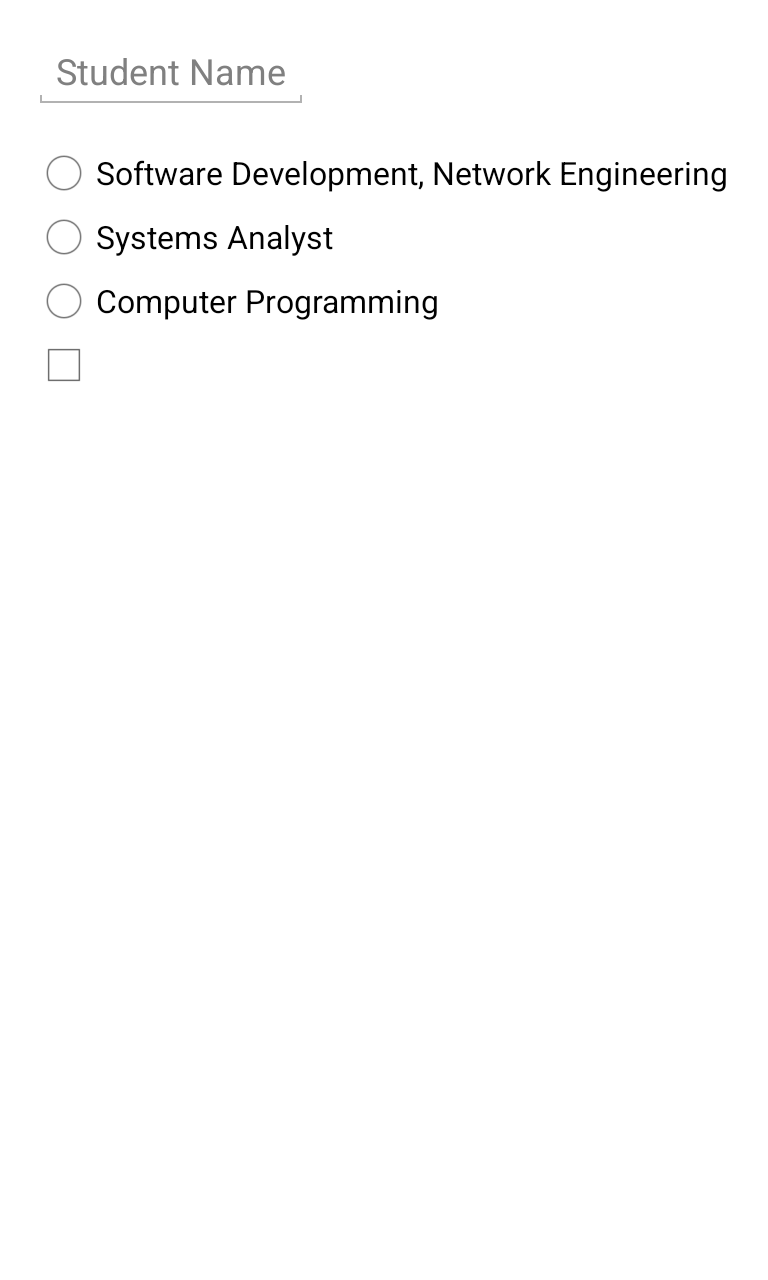
Repository: ericMedeiros93/Android-Dev
Layout: StudentInfo/res/layout/activity_main.xml
An editor plug-in stored every save of this project. The layout is shown before and after a run of saves, followed by the edit.
It is drawn on a 768 x 1280 px phone screen (xhdpi) without system bars, with theme AppTheme; the app's code is not run.

Above is the layout before, as saved 2014-10-08 15:50:19.

### StudentInfo/res/layout/activity_main.xml
<LinearLayout xmlns:android="http://schemas.android.com/apk/res/android"
    xmlns:tools="http://schemas.android.com/tools"
    android:layout_width="match_parent"
    android:layout_height="match_parent"
    android:orientation="vertical"
    android:paddingBottom="@dimen/activity_vertical_margin"
    android:paddingLeft="@dimen/activity_horizontal_margin"
    android:paddingRight="@dimen/activity_horizontal_margin"
    android:paddingTop="@dimen/activity_vertical_margin"
    tools:context="com.ericmedeiros.studentinfo.MainActivity" >

    <EditText
        android:id="@+id/edtName"
        android:layout_width="wrap_content"
        android:layout_height="wrap_content"
        android:hint="@string/name_hint" />

    <RadioGroup
        android:id="@+id/grpProgram"
        android:layout_width="wrap_content"
        android:layout_height="wrap_content"
        android:layout_marginTop="15dp" >

        <RadioButton
            android:id="@+id/radSDNE"
            android:layout_width="match_parent"
            android:layout_height="wrap_content"
            android:text="@string/sdne_name" >
        </RadioButton>

        <RadioButton
            android:id="@+id/radSA"
            android:layout_width="match_parent"
            android:layout_height="wrap_content"
            android:text="@string/sa_name" >
        </RadioButton>

        <RadioButton
            android:id="@+id/radCP"
            android:layout_width="match_parent"
            android:layout_height="wrap_content"
            android:text="@string/cp_name" >
        </RadioButton>
    </RadioGroup>

    <CheckBox
        android:id="@+id/chkNeedResidence"
        android:layout_width="match_parent"
        android:layout_height="wrap_content"/>

</LinearLayout>

### StudentInfo/res/values/strings.xml
<?xml version="1.0" encoding="utf-8"?>
<resources>

    <string name="app_name">StudentInfo</string>
    <string name="hello_world">Hello world!</string>
    <string name="action_settings">Settings</string>
    <string name="name_hint">Student Name</string>
    <string name="sdne_name">Software Development, Network Engineering</string>
    <string name="sa_name">Systems Analyst</string>
    <string name="cp_name">Computer Programming</string>
    <string name="need_residence">Need Residence</string>


</resources>

Loaded but not shown: StudentInfo/res/values/styles.xml (common file); StudentInfo/res/values-v11/styles.xml (common file); StudentInfo/res/values-v14/styles.xml (common file); StudentInfo/res/values/dimens.xml (common file); StudentInfo/res/values-w820dp/dimens.xml (common file)

After the next 3 saves:
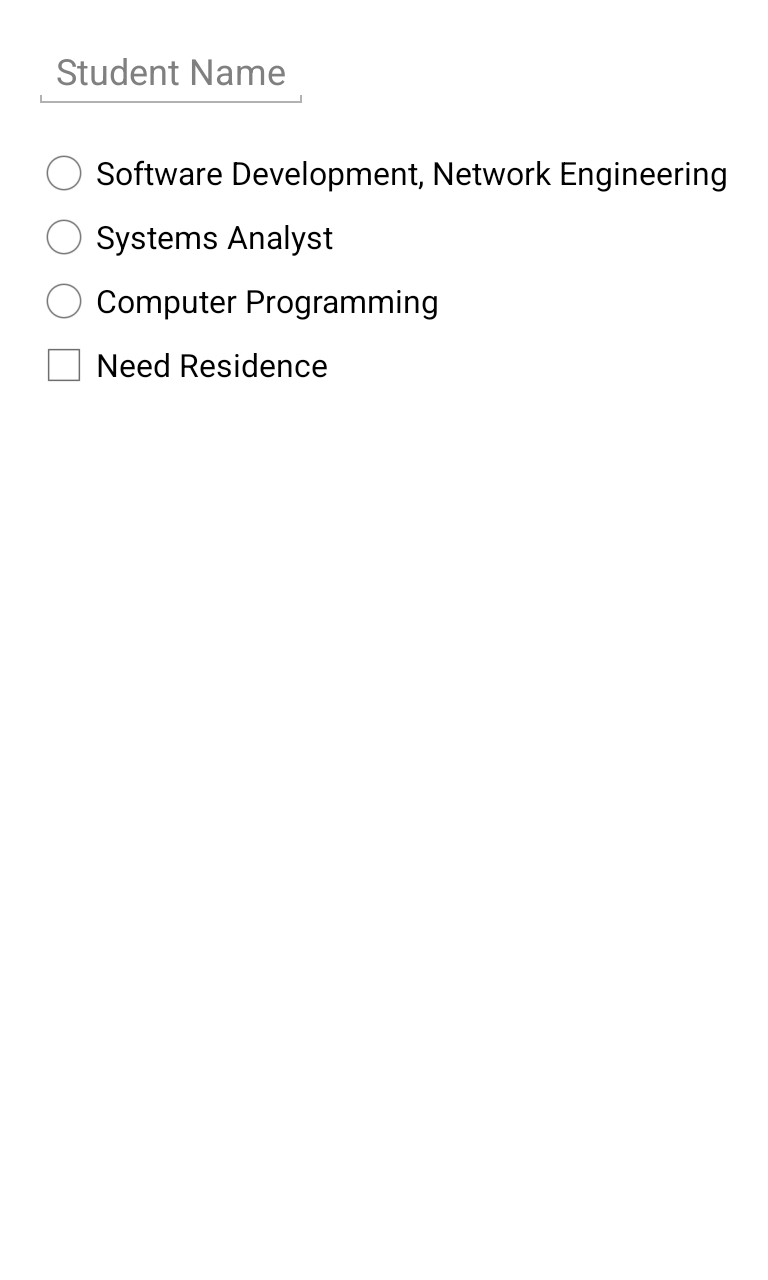
The 3 saves are shown as one change because 2 did not build or start.
The last was saved 30 s later.
--- a/StudentInfo/res/layout/activity_main.xml
+++ b/StudentInfo/res/layout/activity_main.xml
@@ -46,6 +46,6 @@
     <CheckBox
         android:id="@+id/chkNeedResidence"
         android:layout_width="match_parent"
-        android:layout_height="wrap_content"/>
-
+        android:layout_height="wrap_content"
+        android:text="@string/need_residence"/>
 </LinearLayout>
